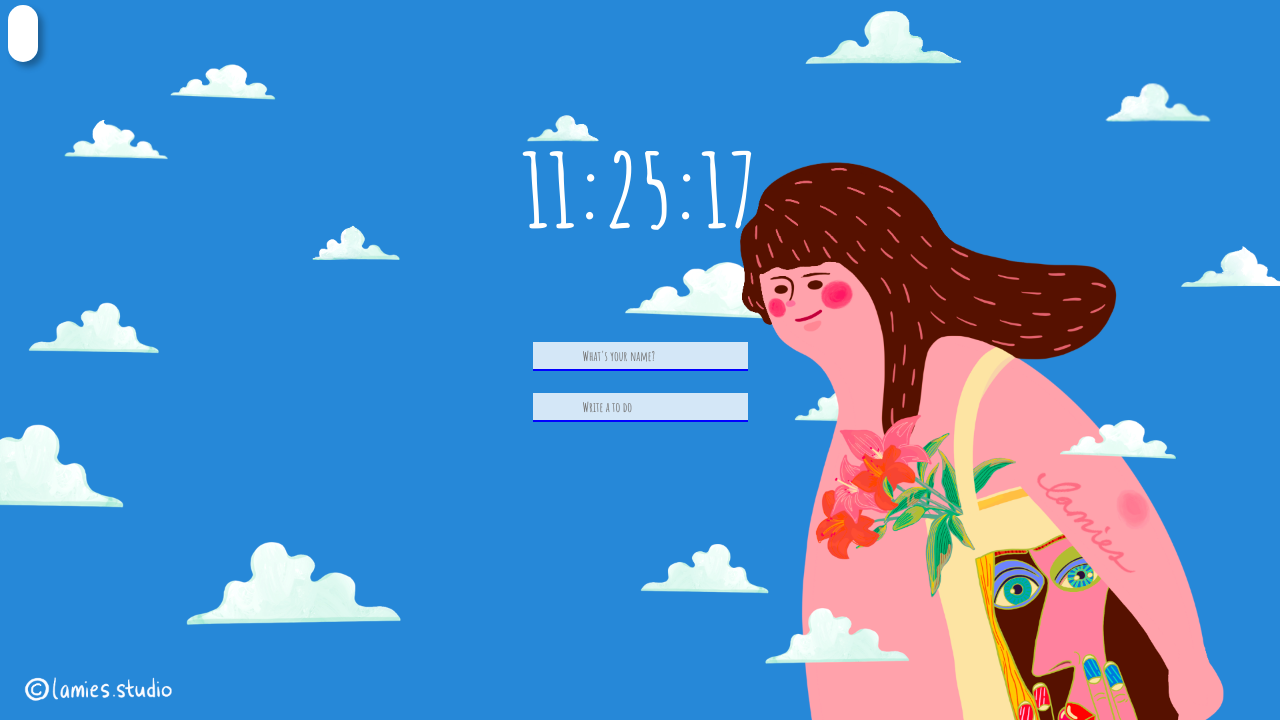
Repository: haleyjung/chrome_app
Page: index.html
These files come from the project's save history. The page is drawn as it stood at one moment and after the next save; the edit follows.
The browser window is 1280 px wide. The pictures show the whole page.

Above is the page before, as saved 2020-11-23 16:17:44.

### index.html
<!DOCTYPE html>
<html lang="en">
<head>
    <meta charset="UTF-8" />
    <meta name="viewport" content="width=device-width, initial-scale=1.0">
    <title>Chrome App</title>
    <link rel="stylesheet" href="index.css">
</head>
<body>

    <div>
        <span class="js-weather"></span>
    </div>

    <main>
        <div class="js-clock">
            <h1>00:00</h1>
        </div>

        <div class="js-name name"></div>

        <div>
            <form class="js-form form">
                <input type="text" placeholder="What's your name?" />
            </form>
        </div>

        <h4 class="js-greetings greetings"></h4>

        <form class="js-toDoForm">
            <input type="text" placeholder="Write a to do" />
        </form>
        <ul class="js-toDoList">
        </ul>
    </main>

    <script src="js/clock.js"></script>
    <script src="js/greeting.js"></script>
    <script src="js/todo.js"></script>
    <script src="js/bg.js"></script>
    <script src="js/weather.js"></script>
</body>

### index.css
@import url("https://fonts.googleapis.com/css2?family=Amatic+SC:wght@400;700&display=swap");

* {
  font-family: "Amatic SC", cursive;
  font-weight: 700;
}

body {
  background-color: palevioletred;
  color: white;
  font-size: 40px;
}

main {
  display: flex;
  flex-direction: column;
  justify-content: center;
  align-items: center;
}

.js-weather {
  padding: 3px 15px;
  border-radius: 30px;
  font-weight: 400;
  color: rgba(0, 0, 0, 0.4);
  background-color: white;
  box-shadow: 5px 5px 6px 0px rgba(0, 0, 0, 0.3);
}

.js-weather:hover {
  cursor: default;
  color: red;
}

.js-clock {
  display: flex;
  justify-content: center;
  align-items: center;
  font-size: 50px;
}

.js-form,
.js-toDoForm {
  background-color: none;
  margin-bottom: 10px;
}

.btn {
  cursor: pointer;
}

input {
  border: none;
  outline: none;
  border-bottom: 2px solid blue;
  background-color: rgba(255, 255, 255, 0.8);
  padding: 5px 50px;
}

.form,
.greetings {
  display: none;
}

.showing {
  display: block;
}

@keyframes fadeIn {
  from {
    opacity: 0;
  }
  to {
    opacity: 1;
  }
}

.bgImage {
  position: absolute;
  top: 0;
  left: 0;
  width: 100%;
  height: 100%;
  z-index: -1;
  animation: fadeIn 0.5s linear;
}

### js/clock.js
const clockContainer = document.querySelector(".js-clock"),
    clockTitle = clockContainer.querySelector("h1");

function getTime() {
    const date = new Date();
    const minutes = date.getMinutes();
    const hours = date.getHours();
    const seconds = date.getSeconds();
    clockTitle.innerText = `${hours < 10 ? `0${hours}` : hours}:${
        minutes < 10 ? `0${minutes}` : minutes
    }:${seconds < 10 ? `0${seconds}` : seconds}`;
}

function init() {
    getTime();
    setInterval(getTime, 1000);
}

init();

### js/greeting.js
const nameContainer = document.querySelector(".js-name");

function paintName(name) {
    nameContainer.innerHTML = "";
    const title = document.createElement("span");
    title.className = "name__text";
    title.innerHTML = `Hello ${name}`;
    nameContainer.appendChild(title);
}

function handleSubmit(event) {
    event.preventDefault();
    const form = event.target;
    const input = form.querySelector("input");
    const value = input.value;
    localStorage.setItem("username", value);
    paintName(value);
}

function paintInput() {
    const input = document.createElement("input");
  input.placeholder = "What's your name?";
  input.type = "text";
  input.className = "name__input";
  const form = document.createElement("form");
  form.addEventListener("submit", handleSubmit);
  form.appendChild(input);
  nameContainer.appendChild(form);
}

function loadName(){
    const name = localStorage.getItem("username");
  if (name === null) {
    paintInput();
  } else {
    paintName(name);
  }
}

function init() {
    loadName();
}

init();

### js/todo.js
const toDoForm = document.querySelector(".js-toDoForm"),
    toDoInput = toDoForm.querySelector("input"),
    toDoList = document.querySelector(".js-toDoList");

const TODOS_LS = 'toDos';

let toDos = [];

function deleteToDo(event){
    const btn = event.target;
    const li = btn.parentNode;
    toDoList.removeChild(li);
    const cleanToDos = toDos.filter(function(toDo){
        return toDo.id !== parseInt(li.id);
    });
    toDos = cleanToDos
    saveToDos();
}

function saveToDos(){
    localStorage.setItem(TODOS_LS, JSON.stringify(toDos));
}

function paintToDo(text){
    const li = document.createElement("li");
    const delBtn = document.createElement("button");
    const span = document.createElement("span");
    const newId = toDos.length + 1;
    delBtn.innerText = "❌";
    delBtn.addEventListener("click", deleteToDo);
    span.innerText = text;
    li.appendChild(delBtn);
    li.appendChild(span);
    li.id = newId;
    toDoList.appendChild(li);
    const toDoObj = {
        text: text,
        id: newId
    };
    toDos.push(toDoObj);
    saveToDos();
}

function handleSubmit(event){
    event.preventDefault();
    const currentValue = toDoInput.value;
    paintToDo(currentValue);
    toDoInput.value = "";
}

function loadToDos() {
    const loadedToDos = localStorage.getItem(TODOS_LS);
    if(loadedToDos !== null){
        const parsedToDos = JSON.parse(loadedToDos);
        parsedToDos.forEach(function(toDo){
            paintToDo(toDo.text);
        });
    }
}

function init() {
    loadToDos();
    toDoForm.addEventListener("submit", handleSubmit)
}

init();

### js/bg.js
const body = document.querySelector("body");

const IMG_NUMBER = 4;

// If loading images from API, include the functions in these comments:
// function handleImgLoad(){
//     console.log('finished loading');
// }

function paintImage(imgNumber){
    const image = new Image();
    image.src = `/img/lamiesstudio-${imgNumber + 1}.png`;
    image.classList.add('bgImage');
    body.prepend(image);
    // image.addEventListener("loadend", handleImgLoad);
}

function genRandom(){
    const number = Math.floor(Math.random() * IMG_NUMBER);
    return number;
}

function init(){
    const randomNumber = genRandom();
    paintImage(randomNumber)
}

init();

### js/weather.js
const weather = document.querySelector(".js-weather");

const API_KEY = "1706261ffc689a5d0ffe73f0d2f8a925";
const COORDS = "coords";

function getWeather(lat, lng){
    fetch(`https://api.openweathermap.org/data/2.5/weather?lat=${lat}&lon=${lng}&appid=${API_KEY}&units=metric`
    ).then(function(response){
        return response.json();
    })
        .then(function(json){
        const temperature = json.main.temp;
        const place = json.name;
        weather.innerText = `${temperature}°C in ${place}`;
    });
}

function saveCoords(coordsObj){
    localStorage.setItem(COORDS, JSON.stringify(coordsObj));
}

function handleGeoSuccess(position){
    const latitude = position.coords.latitude;
    const longitude = position.coords.longitude;
    const coordsObj = {
        latitude,
        longitude
    };
    saveCoords(coordsObj);
    getWeather(latitude, longitude);
}

function handleGeoError(){
    console.log('Cant access geo location');
}

function askForCoords(){
    navigator.geolocation.getCurrentPosition(handleGeoSuccess, handleGeoError);
}

function loadCoords(){
    const loadedCoords = localStorage.getItem(COORDS);
    if(loadedCoords === null){
        askForCoords();
    } else {
        const parsedCoords = JSON.parse(loadedCoords);
        getWeather(parsedCoords.latitude, parsedCoords.longitude);
    }
}

function init(){
    loadCoords();
}

init();

After the next save:
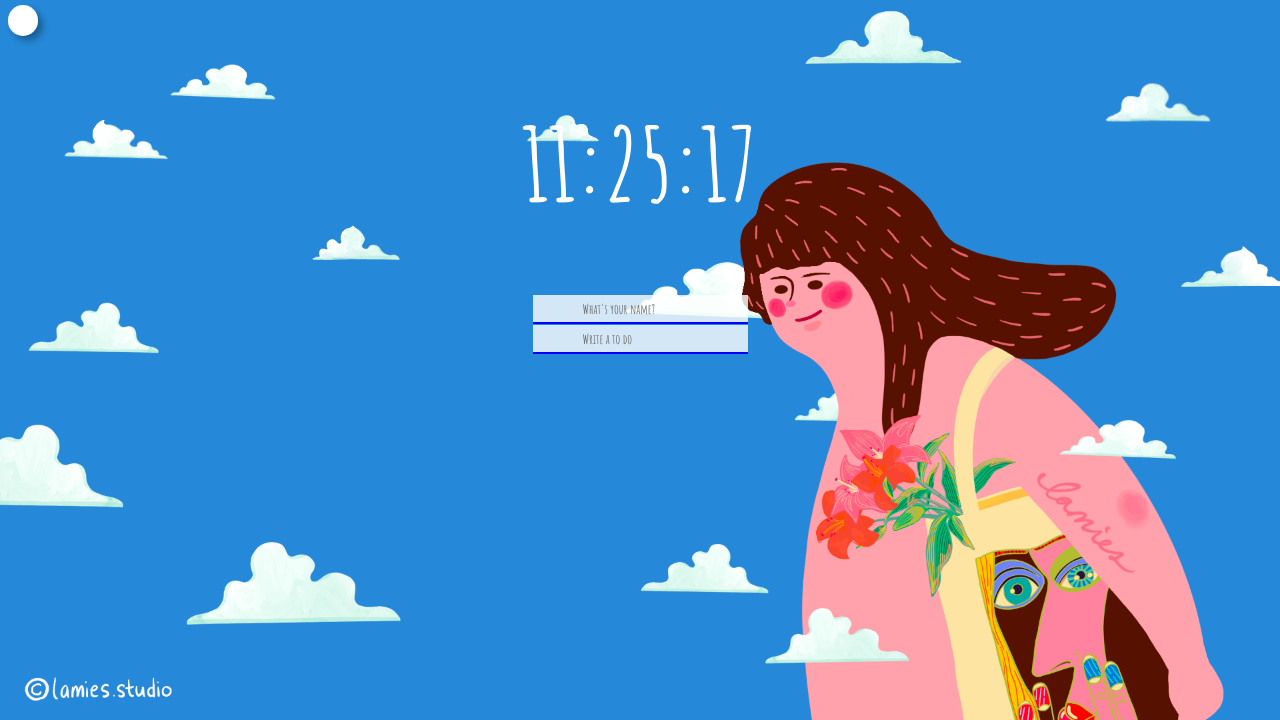
Saved 87 s later.
--- a/index.css
+++ b/index.css
@@ -8,7 +8,7 @@
 body {
   background-color: palevioletred;
   color: white;
-  font-size: 40px;
+  font-size: 20px;
 }
 
 main {
@@ -42,7 +42,7 @@ main {
 .js-form,
 .js-toDoForm {
   background-color: none;
-  margin-bottom: 10px;
+  margin-top: ;
 }
 
 .btn {
